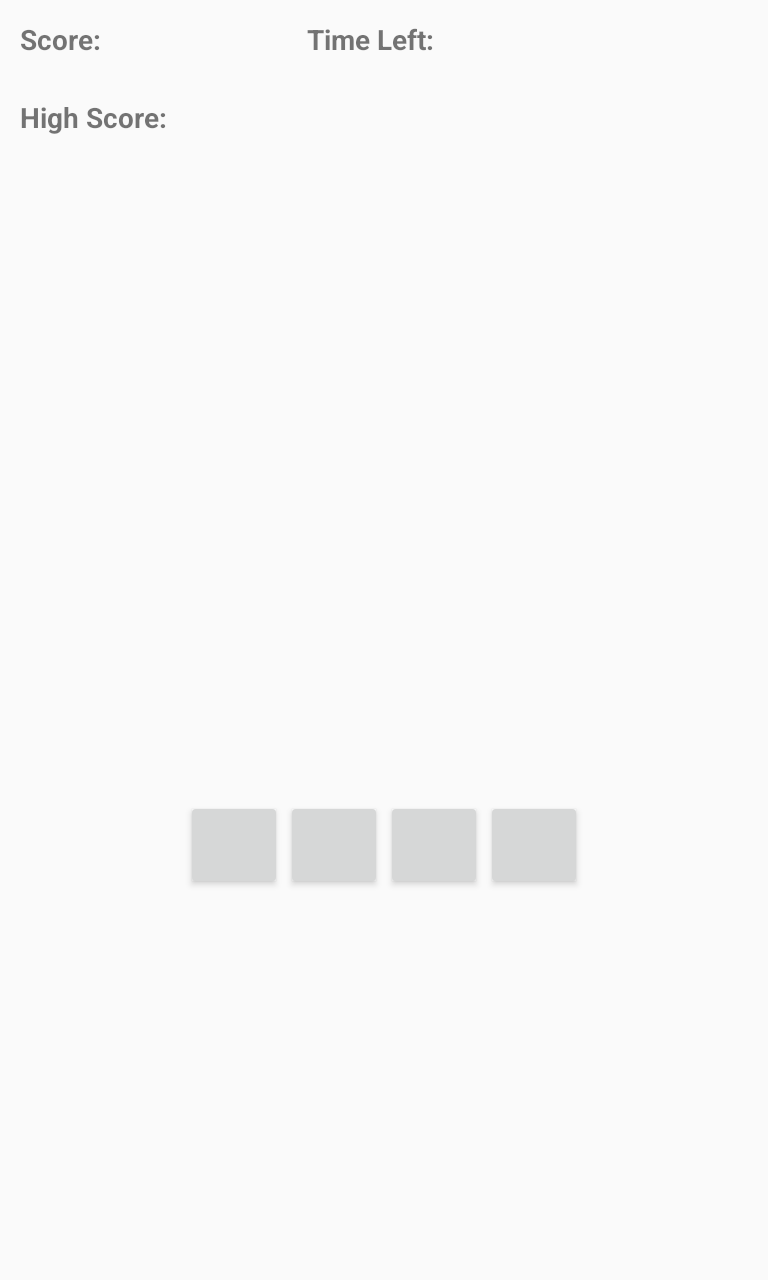
Repository: JoanneCaroll/Mathbomb
Layout: MathBomb/res/layout/activity_startgame.xml
The author's editor kept a copy of each file at every save. The layout is drawn from the files as they stood at one save, then again after the next save.
It is drawn on a 768 x 1280 px phone screen (xhdpi) without system bars, with theme AppTheme; the app's code is not run.

Above is the layout before, as saved 2014-11-12 11:16:08.

After the next save:
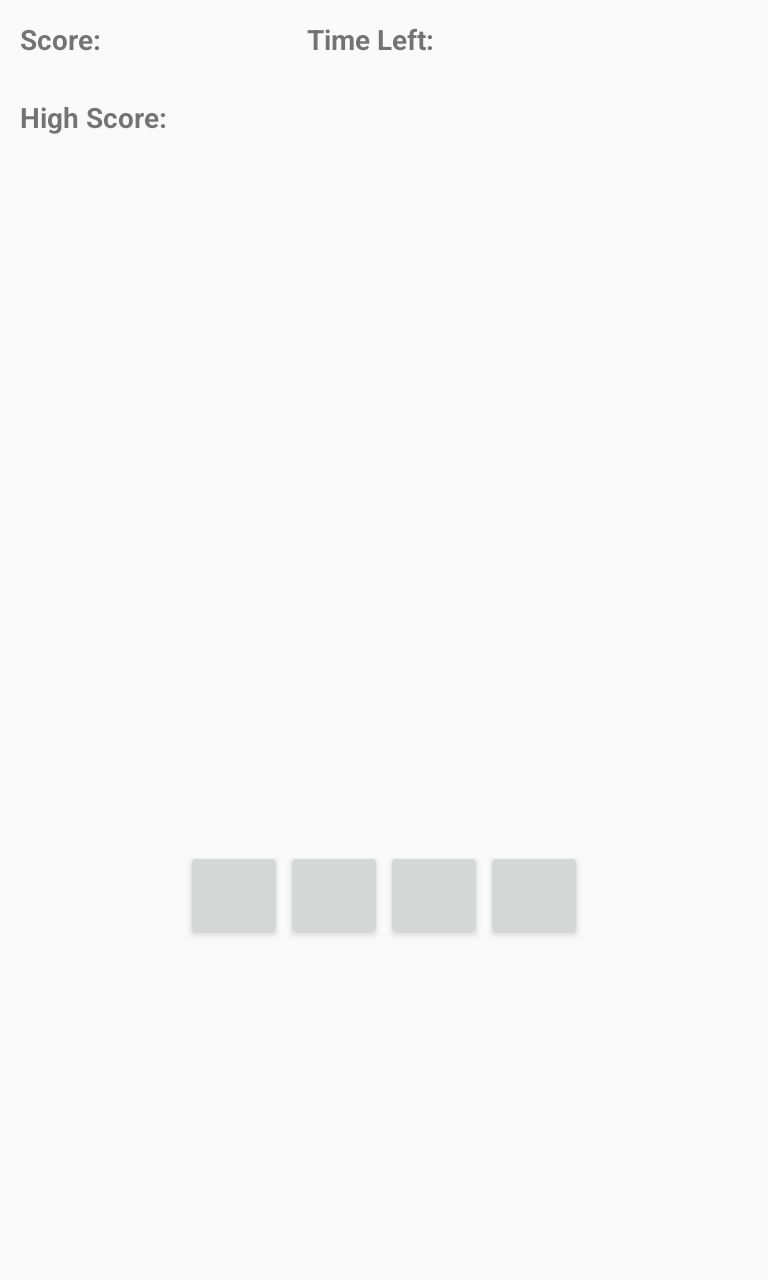
Saved 31 s later.
--- a/MathBomb/res/layout/activity_startgame.xml
+++ b/MathBomb/res/layout/activity_startgame.xml
@@ -7,7 +7,8 @@
 	<TableLayout
 	    android:layout_width="match_parent"
 	    android:layout_height="wrap_content"
-	    android:orientation="horizontal" >
+	    android:orientation="horizontal"
+	    android:paddingBottom="50dp" >
 	    <TableRow>
 		    <TextView
 		        android:padding="10dp"
